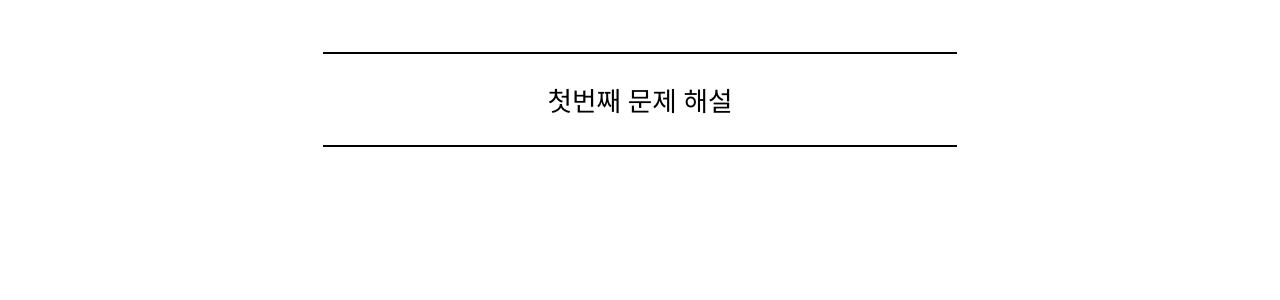
Repository: minkyung0421/Event_Project
Page: http://localhost/Event/inter.jsp
The author's editor kept a copy of each file at every save. The page is drawn from the files as they stood at one save, then again after the next save.
The browser window is 1280 px wide. The pictures show the whole page.
The page is served by Tomcat 9.

Above is the page before, as saved 2018-09-04 19:47:30.

After the next save:
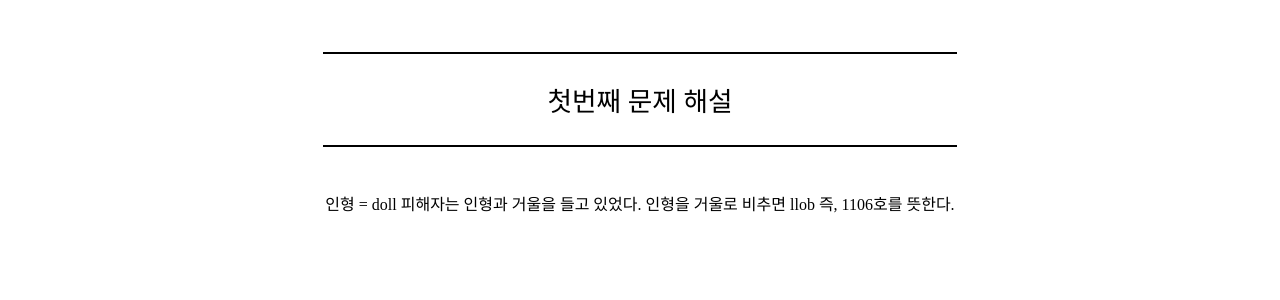
Saved 74 s later.
--- a/Event_Project/Event/WebContent/inter.jsp
+++ b/Event_Project/Event/WebContent/inter.jsp
@@ -16,6 +16,7 @@
 		<hr color="black" style = "width: 50%">
 		<br>
 		<br>
+		인형 = doll 피해자는 인형과 거울을 들고 있었다. 인형을 거울로 비추면 llob 즉, 1106호를 뜻한다.
 </center>
 </body>
 </html>
